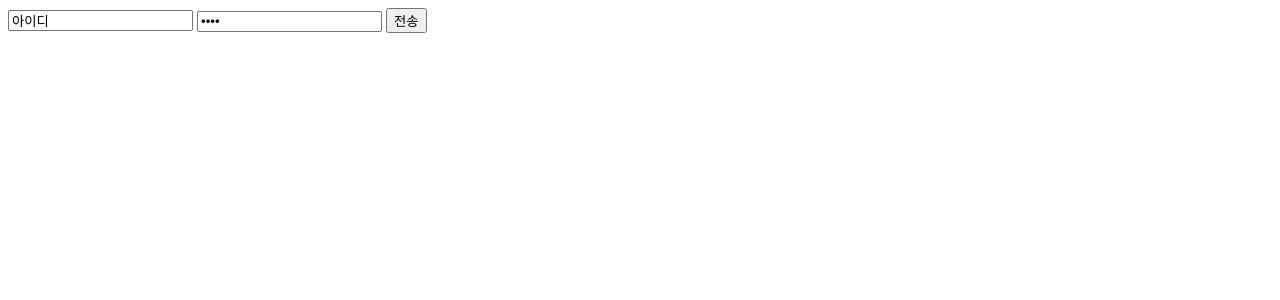
Repository: limbbbyoung/JSP_practice
Page: http://localhost/JSPbasic/jspobject/cookie/cookie_login.jsp
These files come from the project's save history. The page is drawn as it stood at one moment and after the next save; the edit follows.
The browser window is 1280 px wide. The pictures show the whole page.
The page is served by Tomcat 9.

Above is the page before, as saved 2022-03-28 11:50:06.

After the next save:
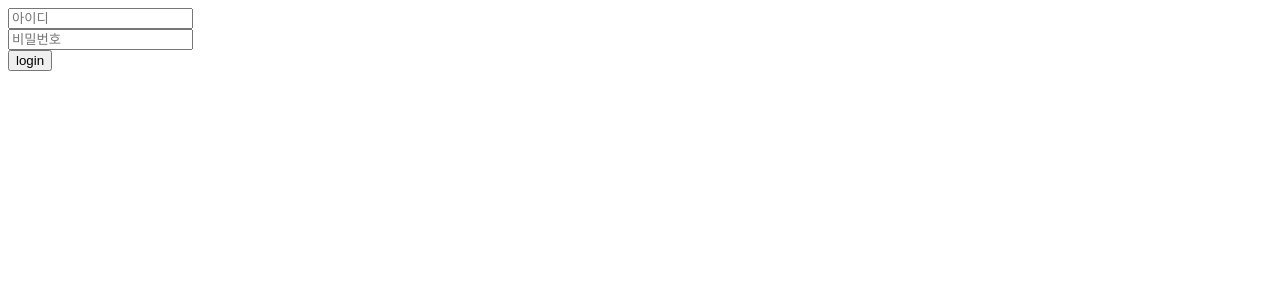
Saved 12 min 45 s later.
--- a/JSPbasic/src/main/webapp/jspobject/cookie/cookie_login.jsp
+++ b/JSPbasic/src/main/webapp/jspobject/cookie/cookie_login.jsp
@@ -11,9 +11,9 @@
     목적지 : cookie_login_check.jsp , 메서도 : post
     name:id, name:pw 를 submit 버튼을 통해 전달합니다. --%>
     <form action="cookie_login_check.jsp" method=post>
-    <input type="text" name="id" value="아이디">
-    <input type="password" name="id" value="비밀번호">
-    <input type="submit" value="전송">
+    <input type="text" name="id" placeholder="아이디"><br/>
+    <input type="password" name="pw" placeholder="비밀번호"><br/>
+    <input type="submit" value="login">
     </form>
 </body>
 </html>
